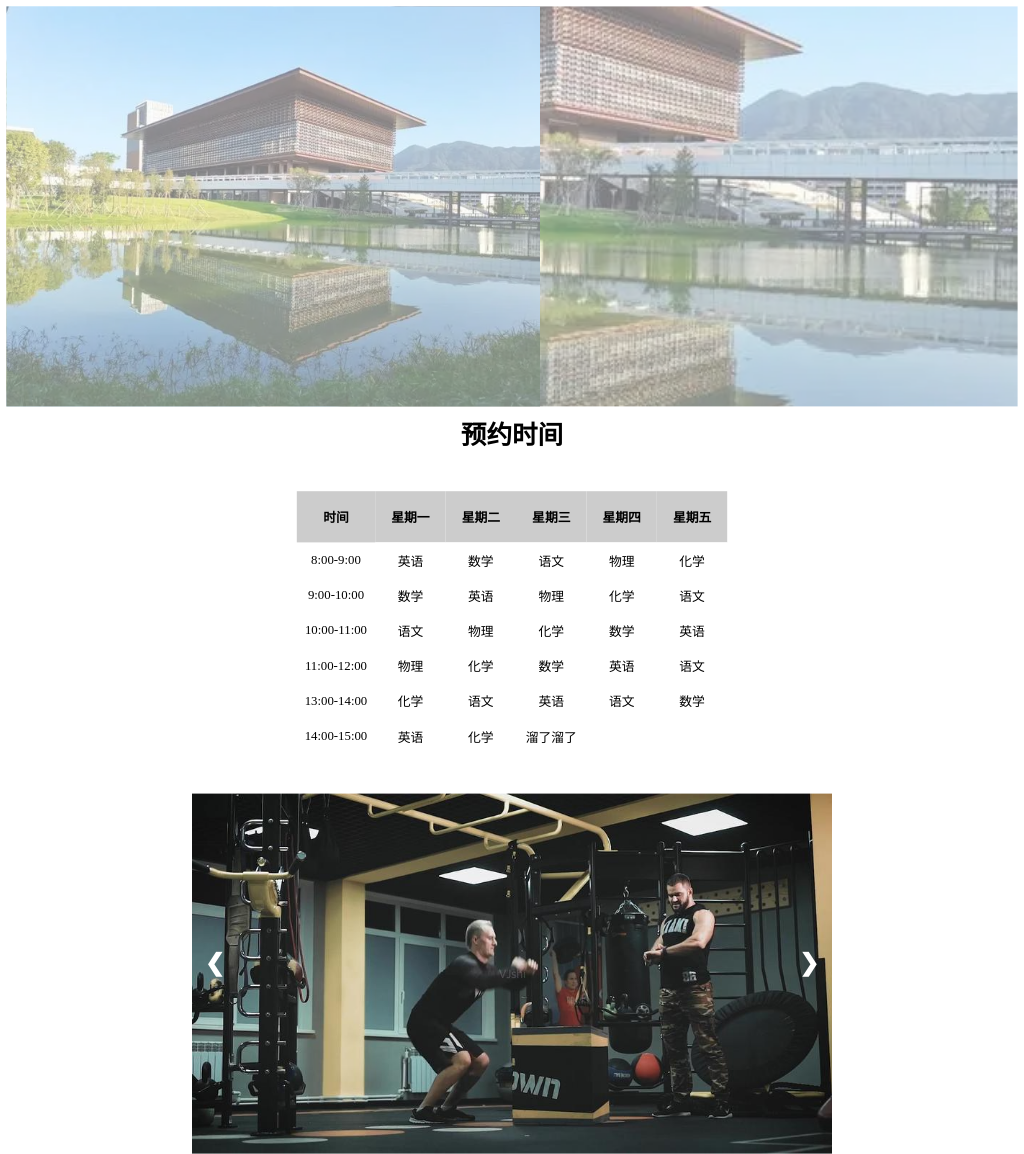
Repository: wupeng6666/Sports-Hall-Booking-System
Page: LearingDjango/app01/templates/yuyue.html
An editor plug-in stored every save of this project. The page is shown before and after the next save, followed by the edit.
The browser window is 1280 px wide. The pictures show the whole page, at 80% of full size.
Backgrounds fixed to the window are drawn as part of the page. The template is drawn by Django 4.2. The application's start-up code is not run. The template is opened directly, without the code that normally fills it, so the values that code supplies are empty.

Above is the page before, as saved 2023-06-07 14:04:34.

After the next save:
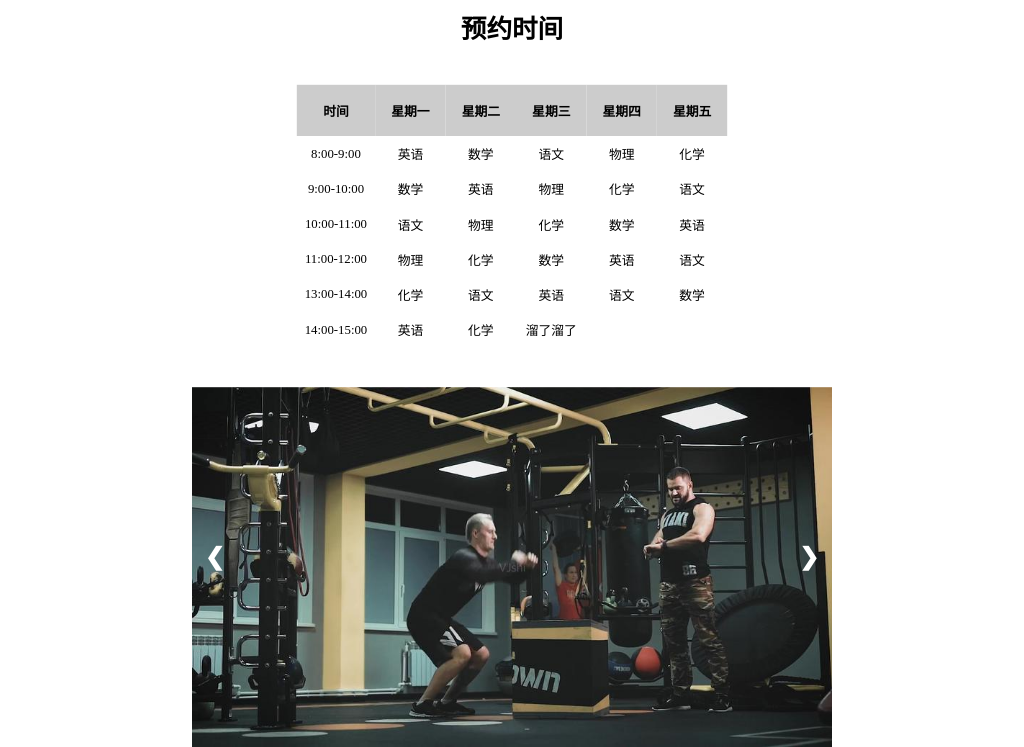
Saved 24 s later.
--- a/LearingDjango/app01/templates/yuyue.html
+++ b/LearingDjango/app01/templates/yuyue.html
@@ -115,7 +115,7 @@
     {% load static %}
     <!-- 背景图 -->
     <div class="image-container">
-        <img src="{% static '../static/img/beijing.webp' %}" alt="">
+        <!-- <img src="{% static '../static/img/beijing.webp' %}" alt=""> -->
     </div>
 
     <h1>预约时间</h1>
